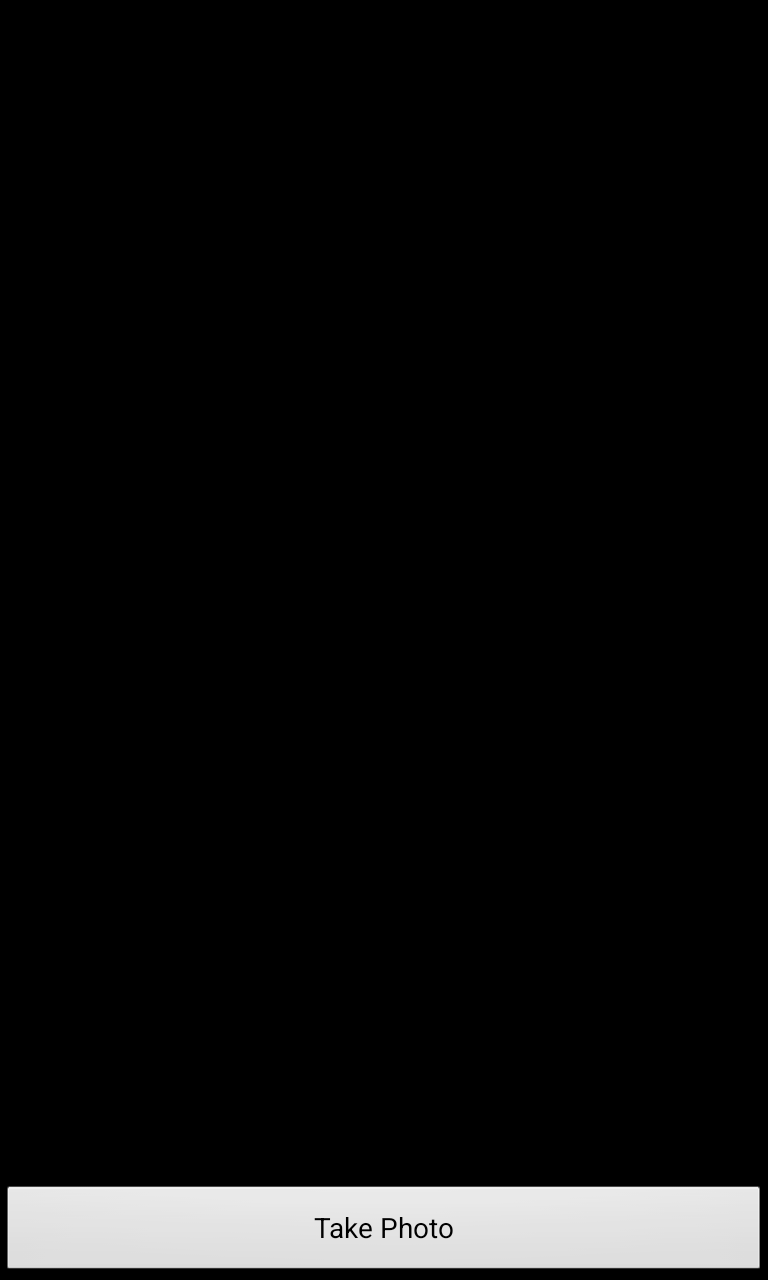
Repository: cephas-digital/phytosenseit
Layout: Eclipse Project /phyto_sense_it/res/layout/tutorial3_surface_view.xml
An editor plug-in stored every save of this project. The layout is shown before and after a run of saves, followed by the edit.
It is drawn on a 768 x 1280 px phone screen (xhdpi) without system bars, with theme android:Theme.NoTitleBar.Fullscreen; the app's code is not run.

Above is the layout before, as saved 2015-07-28 06:17:38.

### Eclipse Project /phyto_sense_it/res/layout/tutorial3_surface_view.xml
<LinearLayout xmlns:android="http://schemas.android.com/apk/res/android"
    xmlns:tools="http://schemas.android.com/tools"
    android:layout_width="match_parent"
    android:layout_height="match_parent"
    android:orientation="vertical"
     >

    <org.opencv.samples.tutorial3.Tutorial3View
        android:id="@+id/tutorial3_activity_java_surface_view"
        android:layout_width="match_parent"
        android:layout_height="match_parent"

        android:visibility="gone" />

    <ImageView
        android:id="@+id/imageView"
        android:layout_width="match_parent"
        android:layout_height="0dp"
        android:layout_weight="1" />

    <Button
        android:id="@+id/button1"
        android:layout_width="match_parent"
        android:layout_height="wrap_content"
        android:gravity="center_vertical|center_horizontal|bottom|top"

        android:text="Take Photo" />

</LinearLayout>

After the next 2 saves:
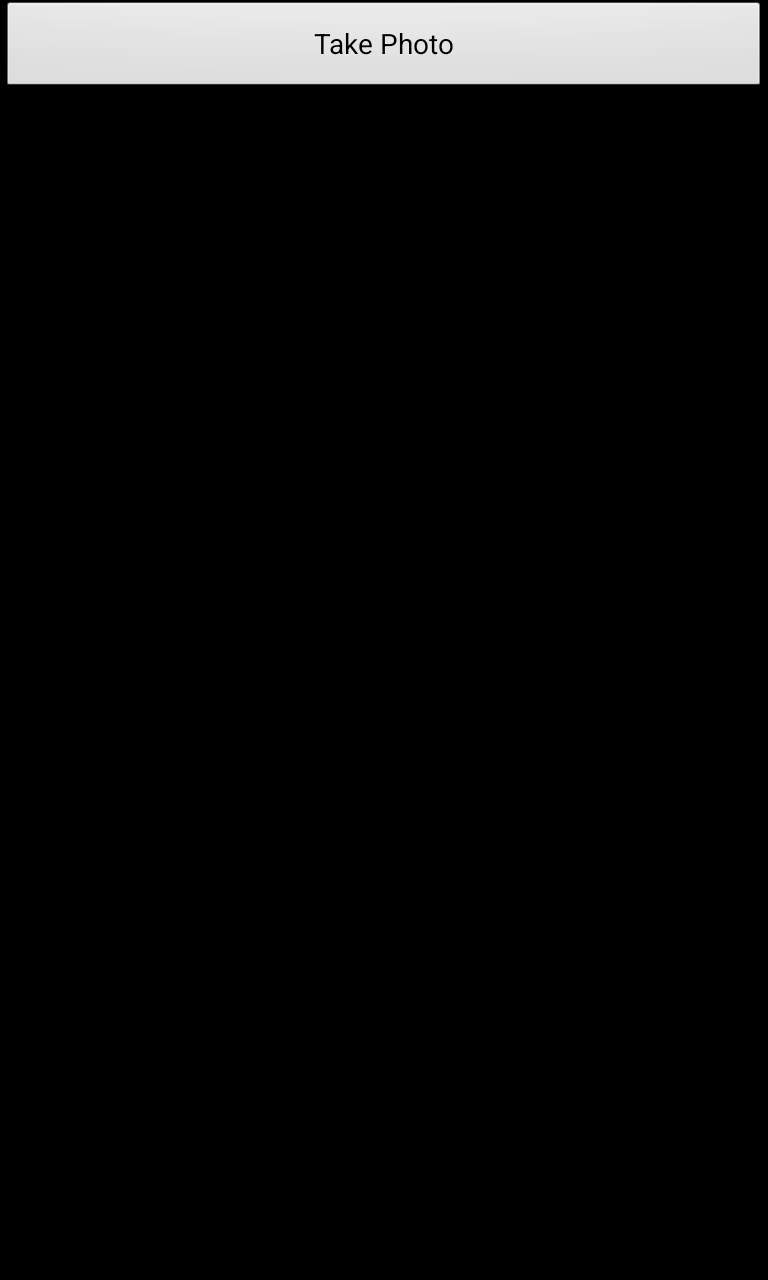
The 2 saves are shown as one change because 1 did not build or start.
The last was saved 58 s later.
--- a/Eclipse Project /phyto_sense_it/res/layout/tutorial3_surface_view.xml
+++ b/Eclipse Project /phyto_sense_it/res/layout/tutorial3_surface_view.xml
@@ -1,4 +1,4 @@
-<LinearLayout xmlns:android="http://schemas.android.com/apk/res/android"
+<RelativeLayout xmlns:android="http://schemas.android.com/apk/res/android"
     xmlns:tools="http://schemas.android.com/tools"
     android:layout_width="match_parent"
     android:layout_height="match_parent"
@@ -9,7 +9,7 @@
         android:id="@+id/tutorial3_activity_java_surface_view"
         android:layout_width="match_parent"
         android:layout_height="match_parent"
-
+		android:allignAbove="button1"
         android:visibility="gone" />
 
     <ImageView
@@ -26,4 +26,4 @@
 
         android:text="Take Photo" />
 
-</LinearLayout>
+</RelativeLayout>

After the save that followed:
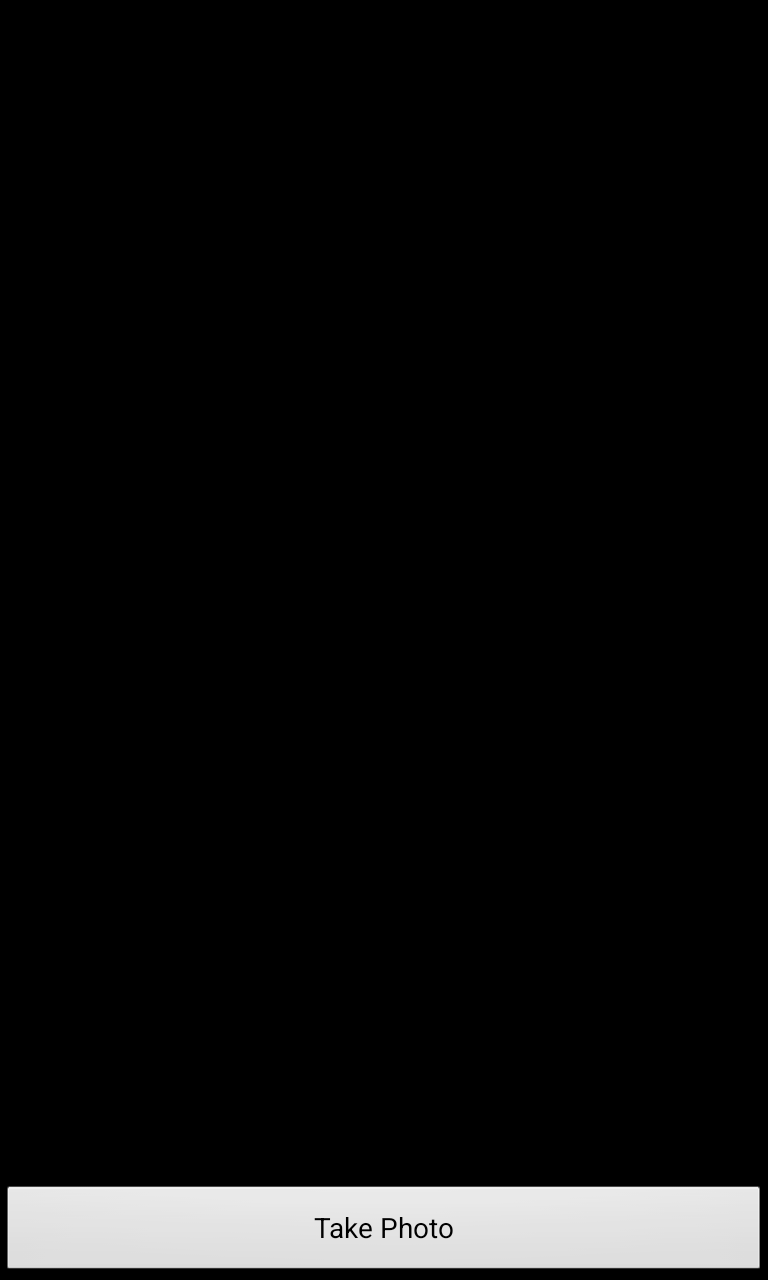
Saved 35 s later.
--- a/Eclipse Project /phyto_sense_it/res/layout/tutorial3_surface_view.xml
+++ b/Eclipse Project /phyto_sense_it/res/layout/tutorial3_surface_view.xml
@@ -15,15 +15,16 @@
     <ImageView
         android:id="@+id/imageView"
         android:layout_width="match_parent"
-        android:layout_height="0dp"
+        android:layout_height="match_parent"
         android:layout_weight="1" />
 
     <Button
         android:id="@+id/button1"
         android:layout_width="match_parent"
         android:layout_height="wrap_content"
+        android:layout_alignParentBottom="true"
+        android:layout_alignParentLeft="true"
         android:gravity="center_vertical|center_horizontal|bottom|top"
-
         android:text="Take Photo" />
 
 </RelativeLayout>
